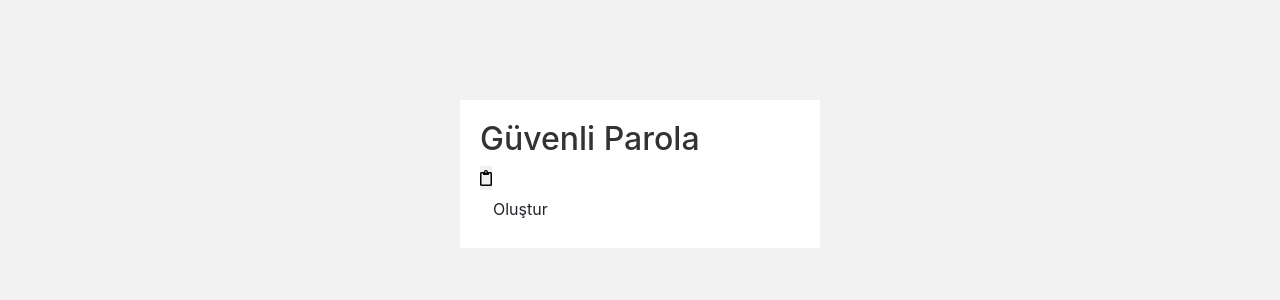
Repository: DogukanSAVA/SecurityKey
Page: index.html
The author's editor kept a copy of each file at every save. The page is drawn from the files as they stood at one save, then again after a run of saves.
The browser window is 1280 px wide. The pictures show the whole page.
Some web libraries are served in a nearby version.

Above is the page before, as saved 2021-09-20 13:50:28.

After the next 3 saves:
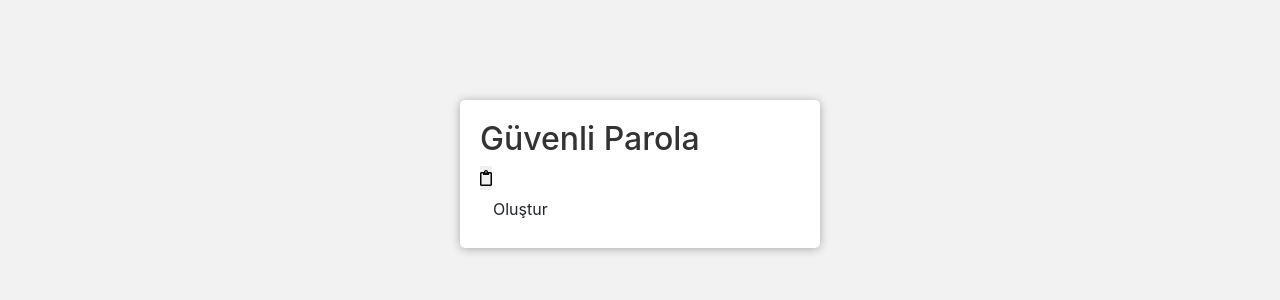
The 3 saves are shown as one change because they came seconds apart.
The last was saved 11 s later.
--- a/style.css
+++ b/style.css
@@ -19,5 +19,6 @@
           margin-top: 100px;
           padding: 20px;
           background-color: #fff;
-          box-shadow: 0px 1px 10px 0px rgba();
+          box-shadow: 0px 1px 10px 0px rgba(0,0,0,.3);
+          border-radius: 5px;
 }
